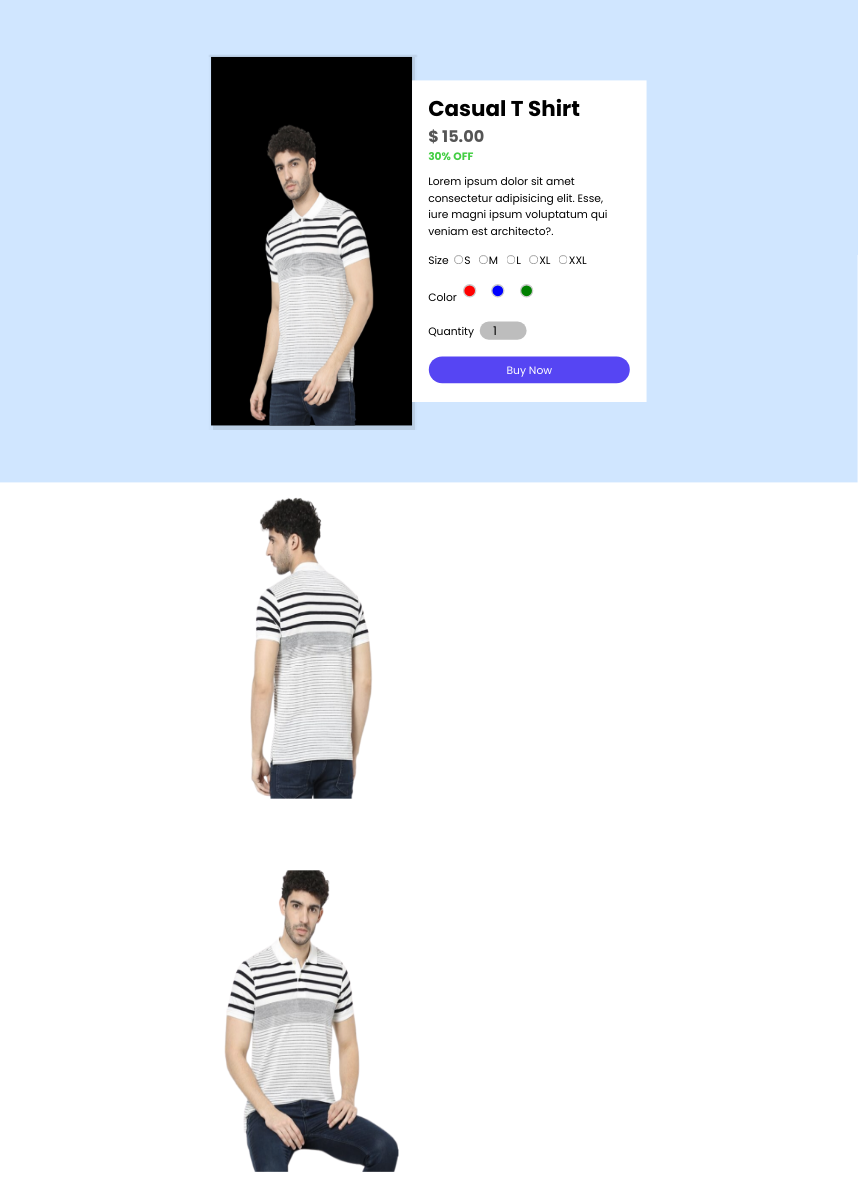
Repository: Ankitkr2021/Product-Page
Page: index.html
These files come from the project's save history. The page is drawn as it stood at one moment and after the next save; the edit follows.
The browser window is 1280 px wide. The pictures show the whole page, at 67% of full size.

Above is the page before, as saved 2025-10-25 14:46:37.

After the next save:
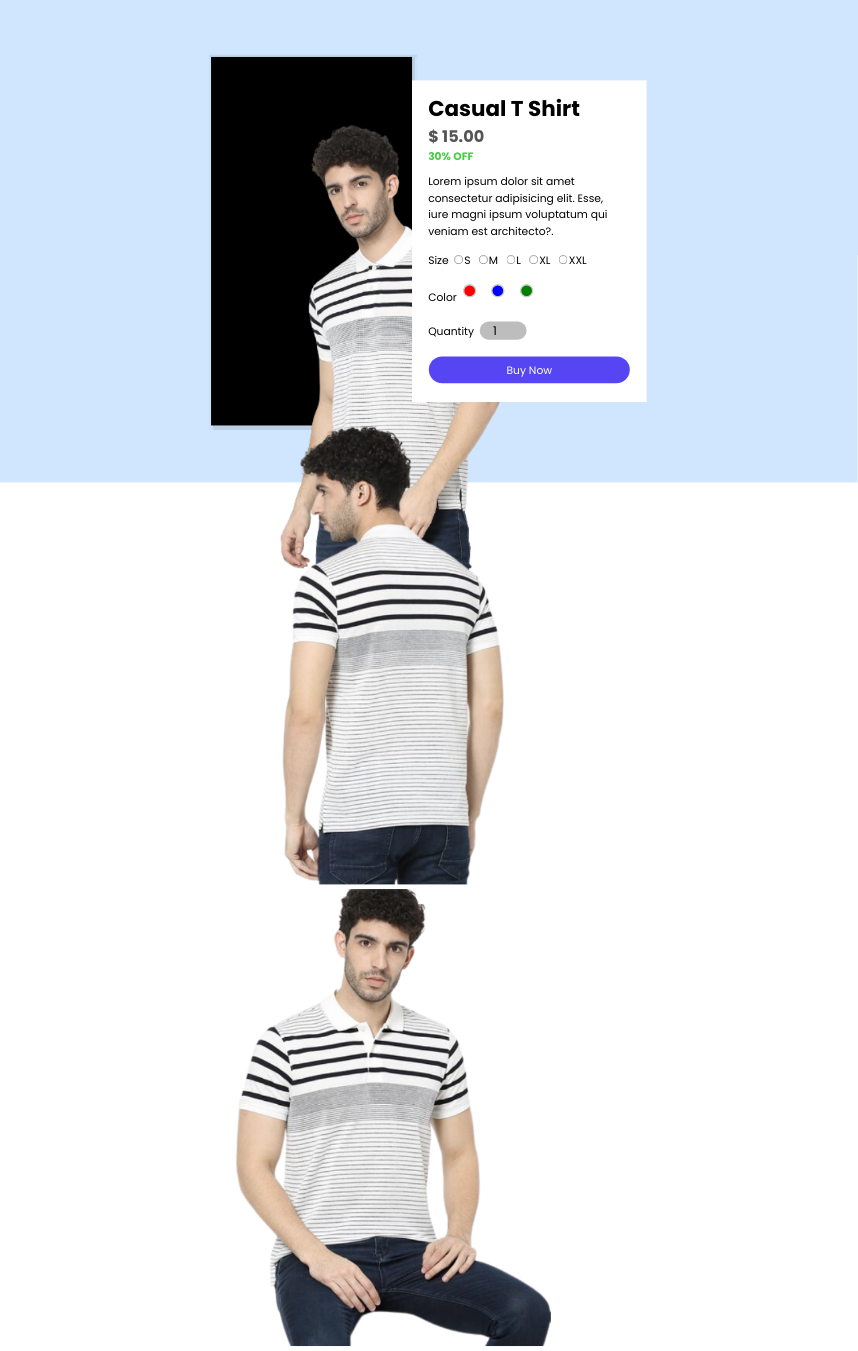
Saved 32 s later.
--- a/style.css
+++ b/style.css
@@ -23,7 +23,7 @@
     box-shadow: 2px 2px 2px 5px rgba(0,0,0,0.1);
 }
 
-img {
+.image1 {
     /* background: green; */
     margin-top: 100px;
     height: 450px;

After the 2 saves that followed:
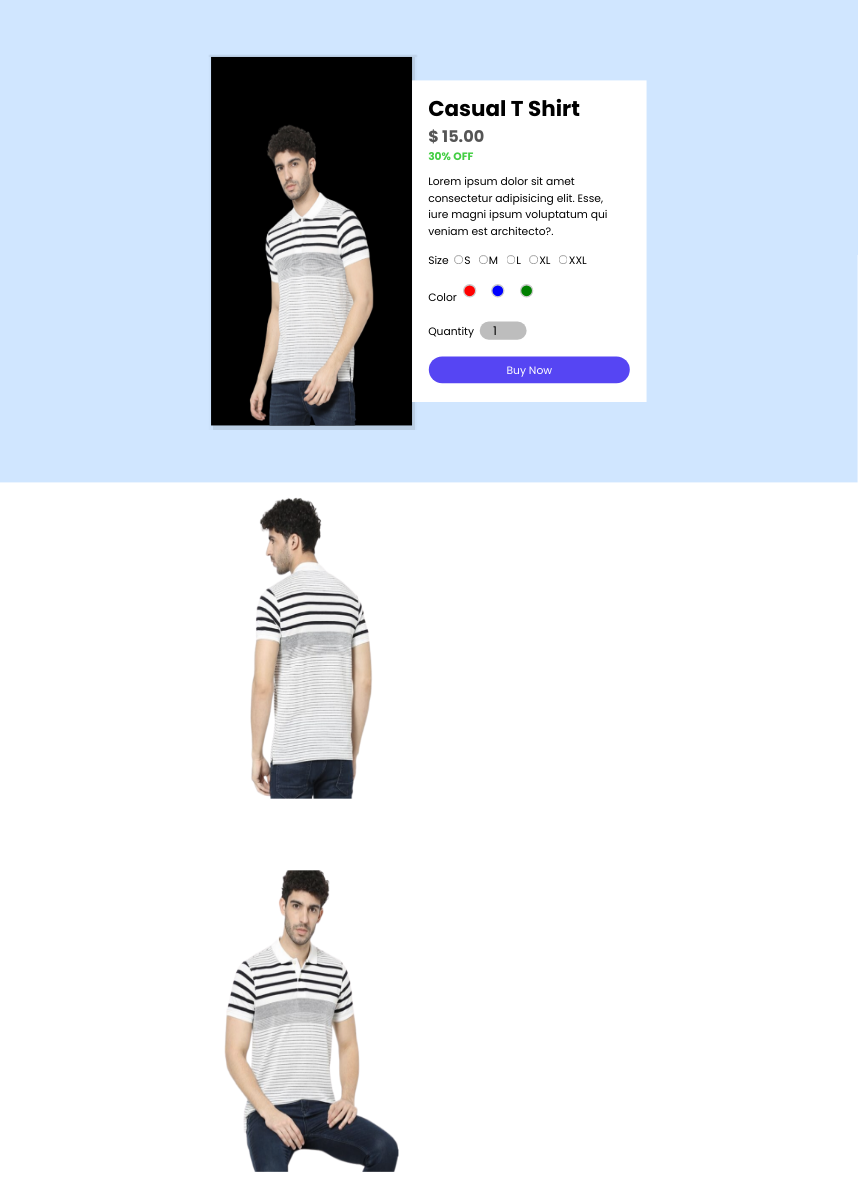
The 2 saves are shown as one change because they came seconds apart.
The last was saved 12 s later.
--- a/style.css
+++ b/style.css
@@ -23,7 +23,7 @@
     box-shadow: 2px 2px 2px 5px rgba(0,0,0,0.1);
 }
 
-.image1 {
+img {
     /* background: green; */
     margin-top: 100px;
     height: 450px;
